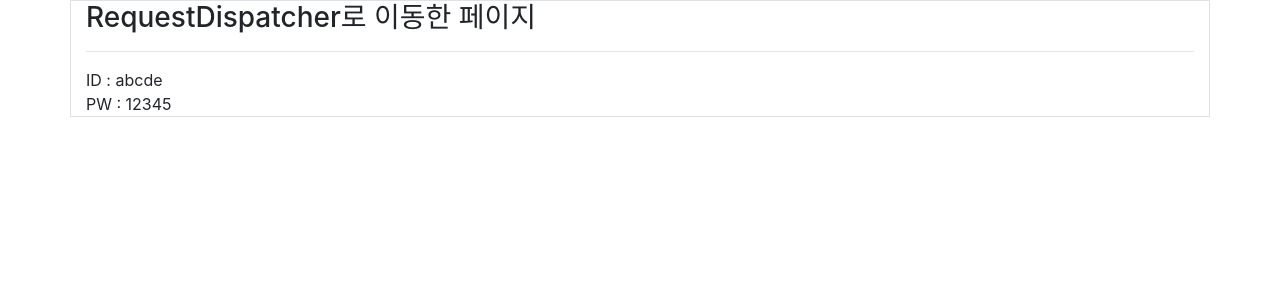
Repository: rasz60/ezen
Page: http://localhost/jsp_servlet_23_ex01/DEx
The author's editor kept a copy of each file at every save. The page is drawn from the files as they stood at one save, then again after the next save.
The browser window is 1280 px wide. The pictures show the whole page.
Some web libraries are served in a nearby version. The page is served by Tomcat 9.

Above is the page before, as saved 2022-02-14 05:42:40.

After the next save:
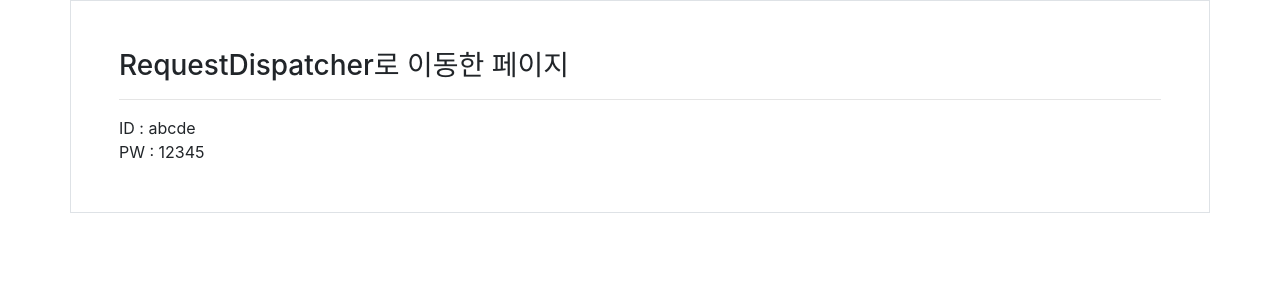
Saved 15 s later.
--- a/04_jsp_servlet-workspace/jsp_servlet_23_ex01/src/main/webapp/dispatcherJSP.jsp
+++ b/04_jsp_servlet-workspace/jsp_servlet_23_ex01/src/main/webapp/dispatcherJSP.jsp
@@ -22,7 +22,7 @@
 </head>
 
 <body>
-<div class="container border">
+<div class="container border p-5">
 	<h3>RequestDispatcher로 이동한 페이지</h3>
 	<hr />
 	ID : ${requestScope.id}<br />
